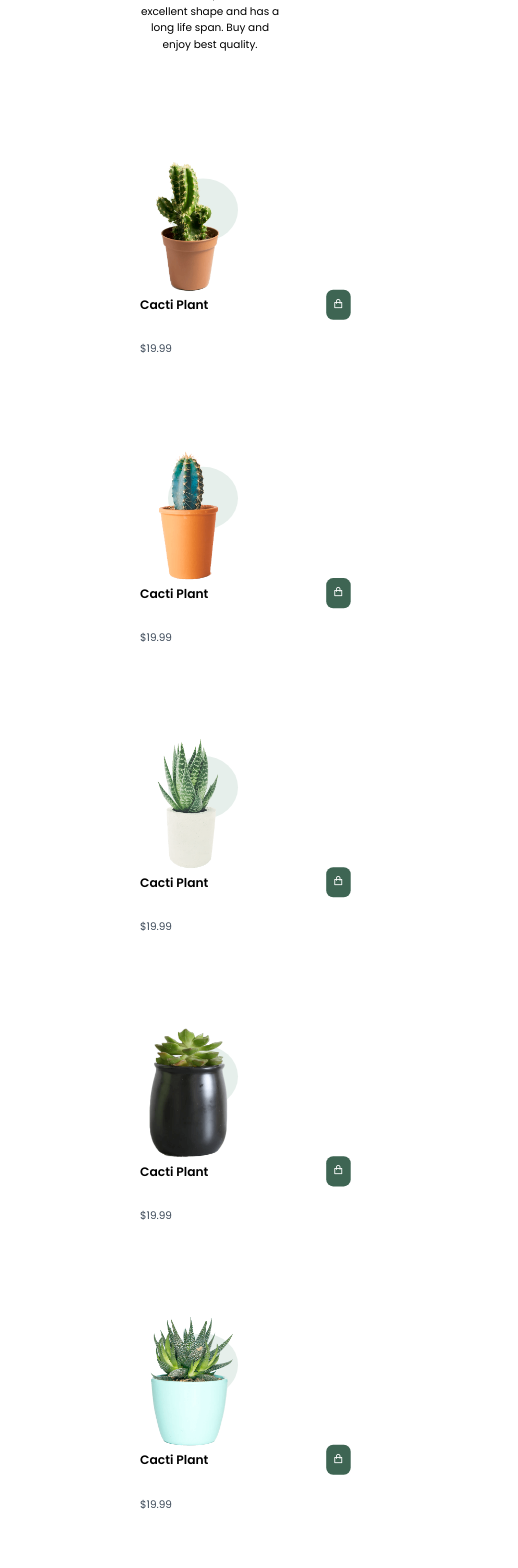
Repository: OmniaRafat232111121/plantwebsite
Page: index.html
The author's editor kept a copy of each file at every save. The page is drawn from the files as they stood at one save, then again after a run of saves.
The browser window is 600 px wide. The page is 600 px wide, then 740 px, so the pictures cover 740 px, including what lies to the right of the window. The pictures show the part of the page from y = 3107 to 5347 px (the page is 7858 px tall before and 7720 px after), at 70% of full size.

Above is the page before, as saved 2023-01-05 17:17:15.

After the next 3 saves:
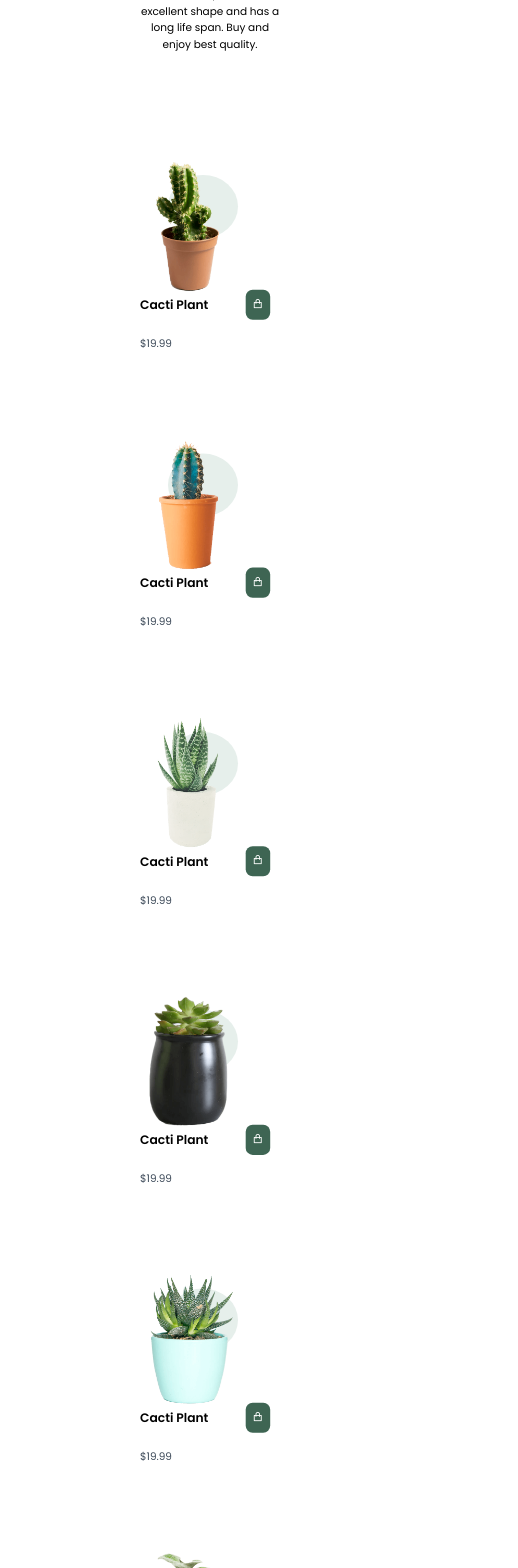
The 3 saves are shown as one change because they came seconds apart.
The last was saved 11 s later.
--- a/assets/css/styles.css
+++ b/assets/css/styles.css
@@ -785,5 +785,8 @@ margin-top: 40px;
 }
 
 @media(max-width:767px){
-  .box
-}
+  .box button{
+    position: absolute;
+
+  }
+}
